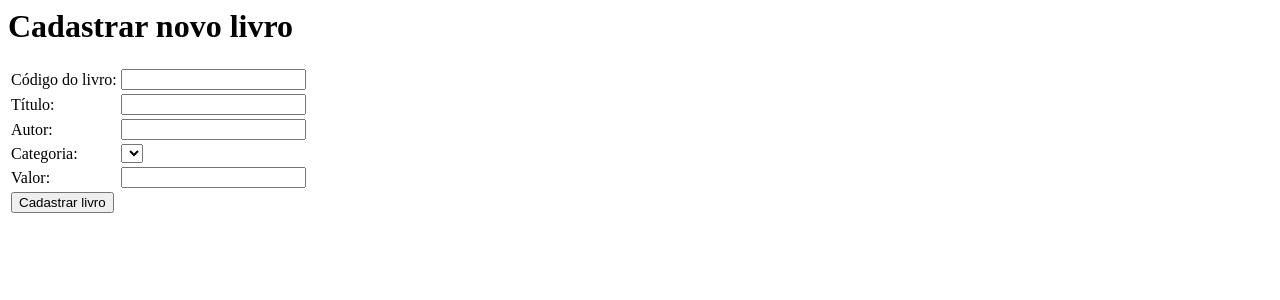
Repository: EikDEV/Atividade-Cliente-Servidor
Page: crudjspjava/src/main/webapp/livroform.html
An editor plug-in stored every save of this project. The page is shown before and after the next save, followed by the edit.
The browser window is 1280 px wide. The pictures show the whole page.

Above is the page before, as saved 2022-11-05 17:06:38.

After the next save:
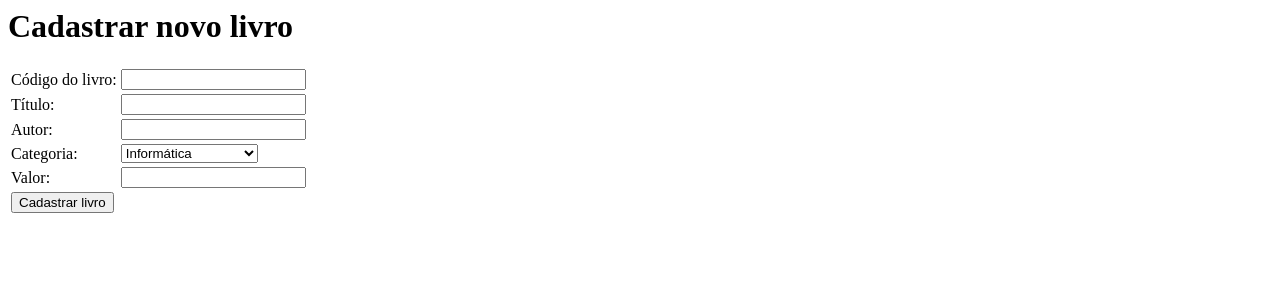
Saved 42 s later.
--- a/crudjspjava/src/main/webapp/livroform.html
+++ b/crudjspjava/src/main/webapp/livroform.html
@@ -18,7 +18,11 @@
 			<td>Categoria:</td>
 			<td>
 				<select name="categoria">
-					<option></option>
+					<option value="Informática">Informática</option>
+					<option value="Arquitetura">Arquitetura</option>
+					<option value="Literatura universal">Literatura universal</option>
+					<option value="Literatura brasileira">Literatura brasileira</option>
+					<option value="Música e arte">Música e arte</option>
 				</select>
 			</td>
 		</tr>
